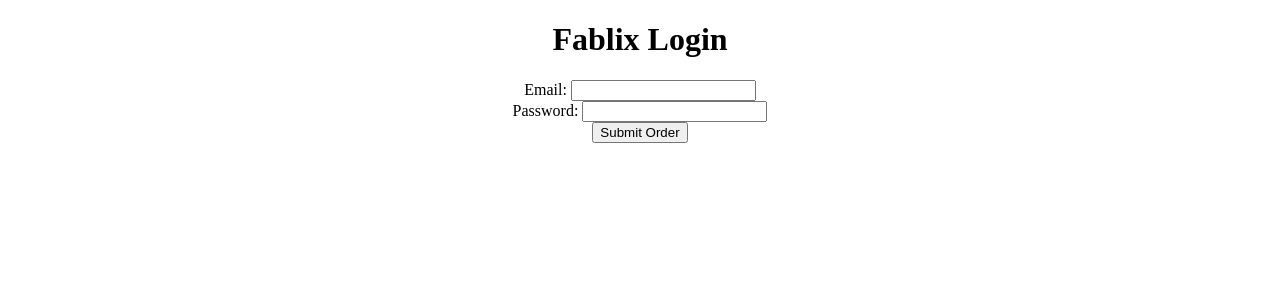
Repository: xzou4/CS221b
Page: fablix/WebContent/login.html
The author's editor kept a copy of each file at every save. The page is drawn from the files as they stood at one save, then again after the next save.
The browser window is 1280 px wide. The pictures show the whole page.

Above is the page before, as saved 2017-02-09 03:12:53.

### fablix/WebContent/login.html
<!DOCTYPE html>
<html>
<head>
<meta charset="UTF-8">
<title>Insert title here</title>
</head>
<body>
<H1 ALIGN="CENTER">Fablix Login</H1>

<FORM ACTION="login"
      METHOD="POST">
      <CENTER>
  Email: <INPUT TYPE="TEXT" NAME="email"><BR>

  Password: <INPUT TYPE="PASSWORD" NAME="password"><BR>

    <INPUT TYPE="SUBMIT" VALUE="Submit Order">
  </CENTER>
</FORM>
</body>
</html>

After the next save:
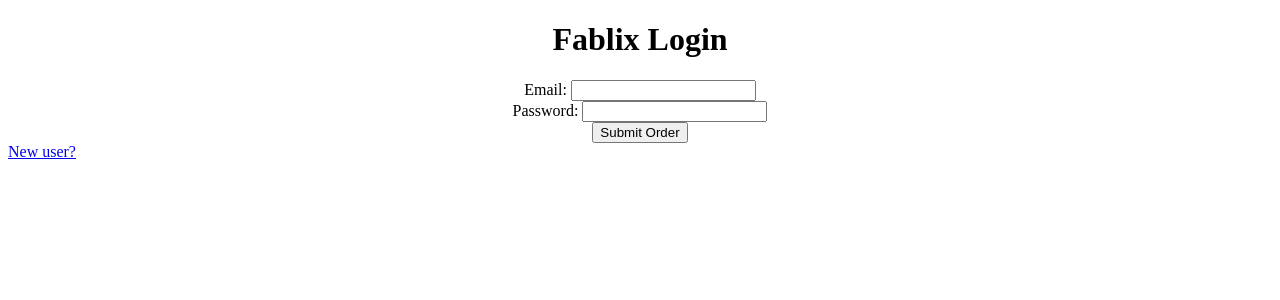
Saved 28 s later.
--- a/fablix/WebContent/login.html
+++ b/fablix/WebContent/login.html
@@ -17,5 +17,6 @@
     <INPUT TYPE="SUBMIT" VALUE="Submit Order">
   </CENTER>
 </FORM>
+<a href = "register.html">New user?</a>
 </body>
 </html>
